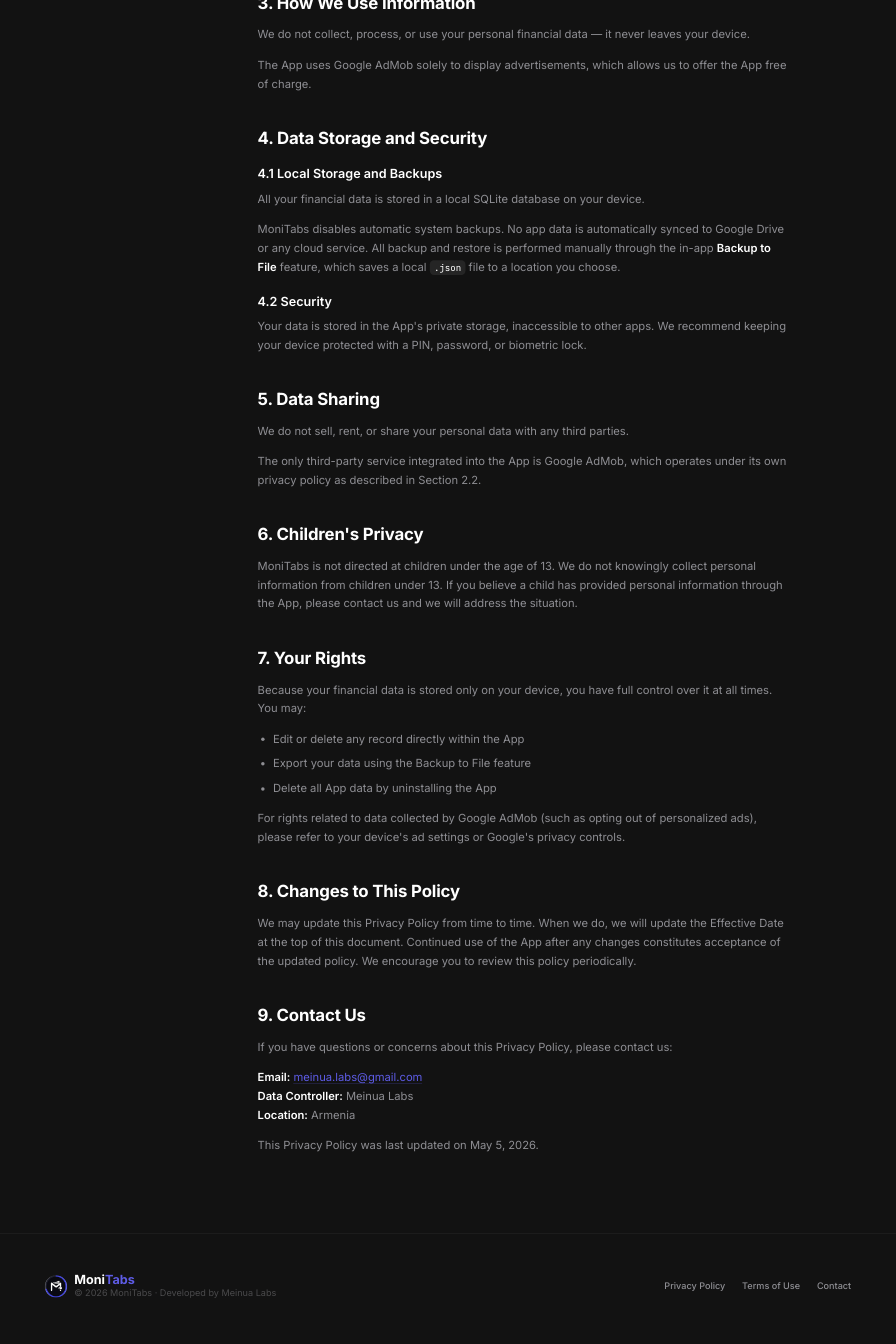
Repository: MeinuaLabs/MoniTabs_WEB
Page: privacy.html
The author's editor kept a copy of each file at every save. The page is drawn from the files as they stood at one save, then again after the next save.
The browser window is 1280 px wide. The pictures show the part of the page from y = 1264 to 3184 px (the page is 3184 px tall before and 3157 px after), at 70% of full size.

Above is the page before, as saved 2026-05-05 16:21:11.

### privacy.html
<!doctype html>
<html lang="en">
<head>
<meta charset="utf-8"/>
<meta name="viewport" content="width=device-width, initial-scale=1"/>
<title>Privacy Policy — MoniTabs</title>
<meta name="description" content="MoniTabs privacy policy. All your financial data stays on your device. No accounts, no cloud, no tracking."/>
<link rel="icon" type="image/png" href="assets/monitabs-logo.png"/>
<link rel="stylesheet" href="site.css"/>
</head>
<body data-screen-label="02 Privacy Policy">

<header class="topbar">
  <div class="wrap topbar-inner">
    <a class="brand" href="index.html" aria-label="MoniTabs">
      <img class="brand-logo" src="assets/monitabs-logo.png" alt=""/>
      <span class="brand-name">Moni<span class="tabs">Tabs</span></span>
    </a>
    <nav class="topnav" aria-label="Primary">
      <a href="index.html">Overview</a>
      <a href="index.html#features">Features</a>
      <a href="index.html#privacy">Privacy</a>
      <a href="index.html#faq">FAQ</a>
    </nav>
    <a class="topnav-cta" href="index.html#download">
      Get the app
      <svg viewBox="0 0 24 24" width="14" height="14" fill="none" stroke="currentColor" stroke-width="2.4" stroke-linecap="round" stroke-linejoin="round"><path d="M5 12h14M13 5l7 7-7 7"/></svg>
    </a>
  </div>
</header>

<section class="legal-hero">
  <div class="wrap">
    <span class="eyebrow-pill" style="background:rgba(255,255,255,.04);border-color:rgba(255,255,255,.08)"><span class="dot" style="background:var(--mt-purple);box-shadow:0 0 8px var(--mt-purple)"></span>Legal</span>
    <h1>Privacy Policy</h1>
    <p class="updated">Effective date: May 5, 2026</p>
  </div>
</section>

<section class="legal-body" style="padding-top:0;border-top:0">
  <div class="wrap legal-grid">
    <aside class="legal-toc">
      <div class="toc-head">On this page</div>
      <a href="#introduction" class="active">1. Introduction</a>
      <a href="#information">2. Information we collect</a>
      <a href="#use">3. How we use information</a>
      <a href="#storage">4. Data storage &amp; security</a>
      <a href="#sharing">5. Data sharing</a>
      <a href="#children">6. Children's privacy</a>
      <a href="#rights">7. Your rights</a>
      <a href="#changes">8. Changes to this policy</a>
      <a href="#contact">9. Contact us</a>
    </aside>

    <article class="legal-article">
      <h2 id="introduction">1. Introduction</h2>
      <div class="callout">
        This Privacy Policy explains how MoniTabs ("we," "our," or "the App") handles your information. We are committed to protecting your privacy. MoniTabs is designed so that your financial data stays on your device and under your control.
      </div>

      <h2 id="information">2. Information We Collect</h2>

      <h3 style="font:600 18px/1.3 var(--mt-font-ui);color:var(--mt-fg);margin:24px 0 10px">2.1 Information You Enter</h3>
      <p>All data you enter into the App is stored locally on your device only:</p>
      <ul>
        <li>Debt records (names, amounts, currencies, dates, notes)</li>
        <li>Wallet transactions (amounts, categories, labels, notes)</li>
        <li>App settings and preferences</li>
      </ul>
      <p>This data is never transmitted to our servers or any third party.</p>

      <h3 style="font:600 18px/1.3 var(--mt-font-ui);color:var(--mt-fg);margin:24px 0 10px">2.2 Information Collected Automatically by Third Parties</h3>
      <p>MoniTabs displays ads served by Google AdMob. When ads are displayed, Google may automatically collect:</p>
      <ul>
        <li>Device identifiers (e.g., Advertising ID)</li>
        <li>IP address and approximate location</li>
        <li>Device type, OS version, and language</li>
        <li>Ad interaction data (impressions, clicks)</li>
      </ul>
      <p>This data is collected and processed by Google LLC under their own privacy policy. We do not receive or store this data ourselves.</p>
      <p>
        <a href="https://policies.google.com/privacy" target="_blank" rel="noopener">Google's Privacy Policy</a><br/>
        <a href="https://policies.google.com/technologies/ads" target="_blank" rel="noopener">Google's Ad Technology</a>
      </p>

      <h2 id="use">3. How We Use Information</h2>
      <p>We do not collect, process, or use your personal financial data — it never leaves your device.</p>
      <p>The App uses Google AdMob solely to display advertisements, which allows us to offer the App free of charge.</p>

      <h2 id="storage">4. Data Storage and Security</h2>

      <h3 style="font:600 18px/1.3 var(--mt-font-ui);color:var(--mt-fg);margin:24px 0 10px">4.1 Local Storage and Backups</h3>
      <p>All your financial data is stored in a local SQLite database on your device.</p>
      <p>MoniTabs disables automatic system backups. No app data is automatically synced to Google Drive or any cloud service. All backup and restore is performed manually through the in-app <strong>Backup to File</strong> feature, which saves a local <code>.json</code> file to a location you choose.</p>

      <h3 style="font:600 18px/1.3 var(--mt-font-ui);color:var(--mt-fg);margin:24px 0 10px">4.2 Security</h3>
      <p>Your data is stored in the App's private storage, inaccessible to other apps. We recommend keeping your device protected with a PIN, password, or biometric lock.</p>

      <h2 id="sharing">5. Data Sharing</h2>
      <p>We do not sell, rent, or share your personal data with any third parties.</p>
      <p>The only third-party service integrated into the App is Google AdMob, which operates under its own privacy policy as described in Section 2.2.</p>

      <h2 id="children">6. Children's Privacy</h2>
      <p>MoniTabs is not directed at children under the age of 13. We do not knowingly collect personal information from children under 13. If you believe a child has provided personal information through the App, please contact us and we will address the situation.</p>

      <h2 id="rights">7. Your Rights</h2>
      <p>Because your financial data is stored only on your device, you have full control over it at all times. You may:</p>
      <ul>
        <li>Edit or delete any record directly within the App</li>
        <li>Export your data using the Backup to File feature</li>
        <li>Delete all App data by uninstalling the App</li>
      </ul>
      <p>For rights related to data collected by Google AdMob (such as opting out of personalized ads), please refer to your device's ad settings or Google's privacy controls.</p>

      <h2 id="changes">8. Changes to This Policy</h2>
      <p>We may update this Privacy Policy from time to time. When we do, we will update the Effective Date at the top of this document. Continued use of the App after any changes constitutes acceptance of the updated policy. We encourage you to review this policy periodically.</p>

      <h2 id="contact">9. Contact Us</h2>
      <p>If you have questions or concerns about this Privacy Policy, please contact us:</p>
      <p>
        <strong>Email:</strong> <a href="mailto:meinua.labs@gmail.com">meinua.labs@gmail.com</a><br/>
        <strong>Data Controller:</strong> Meinua Labs<br/>
        <strong>Location:</strong> Armenia
      </p>
      <p>This Privacy Policy was last updated on May 5, 2026.</p>
    </article>
  </div>
</section>

<footer>
  <div class="wrap footer-inner">
    <div class="footer-brand">
      <img class="brand-logo" src="assets/monitabs-logo.png" alt="" width="28" height="28"/>
      <div>
        <div class="name">Moni<span class="t">Tabs</span></div>
        <div class="footer-copy">© 2026 MoniTabs · Developed by Meinua Labs</div>
      </div>
    </div>
    <div class="footer-links">
      <a href="privacy.html">Privacy Policy</a>
      <a href="terms.html">Terms of Use</a>
      <a href="mailto:meinua.labs@gmail.com">Contact</a>
    </div>
  </div>
</footer>

</body>
</html>

### assets/colors_and_type.css
/* ============================================================================
   MoniTabs — Colors & Type
   ----------------------------------------------------------------------------
   Source of truth: app/src/main/java/com/debttracker/app/ui/theme/*.kt
   (Color.kt, Type.kt, Theme.kt)

   Fonts: Inter (UI) and JetBrains Mono (numeric / monospace).
   The Android app loads these via Google Fonts downloadable-fonts provider;
   here we pull from Google Fonts CSS. No substitution — exact match.
============================================================================ */
@import url('https://fonts.googleapis.com/css2?family=Inter:wght@400;500;600;700&family=JetBrains+Mono:wght@400;500;600;700&display=swap');

:root {
  /* ── Brand ─────────────────────────────────────────────────────────────── */
  --mt-purple:          #5E5CE6;  /* MonitabPurple — primary accent */
  --mt-purple-15:       rgba(94, 92, 230, 0.15);  /* active pill / chip bg */
  --mt-purple-12:       rgba(94, 92, 230, 0.12);  /* selection highlight */
  --mt-purple-40:       rgba(94, 92, 230, 0.40);  /* shadow / glow */
  --mt-purple-60:       rgba(94, 92, 230, 0.60);  /* spot shadow */
  --mt-purple-85:       rgba(94, 92, 230, 0.85);  /* active border */

  /* ── Semantic feedback ─────────────────────────────────────────────────── */
  --mt-danger:          #EF5350;  /* DangerRed — destructive */
  --mt-income:          #30D158;  /* IncomeGreen — wallet positive */
  --mt-spending:        #FF453A;  /* SpendingRed — wallet negative */

  /* ── Progress ring (0% → 100% paid) ────────────────────────────────────── */
  --mt-progress-red:    #EF4444;
  --mt-progress-rose:   #F43F5E;
  --mt-progress-orange: #F97316;
  --mt-progress-yellow: #EAB308;
  --mt-progress-lime:   #84CC16;
  --mt-progress-green:  #22C55E;

  /* ── Transaction labels (wallet) ───────────────────────────────────────── */
  --mt-label-active:    #00BFA5;  /* Active income */
  --mt-label-passive:   #2979FF;  /* Passive income */
  --mt-label-other:     #9C6FFF;  /* Other income */
  --mt-label-needs:     #FF4081;  /* Needs spending */
  --mt-label-wants:     #FFAB00;  /* Wants spending */
  --mt-label-savings:   #00C853;  /* Savings & debts */

  /* ── Dark theme (default — the app ships dark) ─────────────────────────── */
  --mt-bg:              #121212;  /* Scaffold background */
  --mt-surface:         #1E1E1E;  /* Cards, sheets */
  --mt-input-bg:        #252525;  /* Text-field container */
  --mt-settings-bg:     #2A2A2A;  /* Settings blocks */
  --mt-ring-track:      #2A2A3A;  /* Progress-ring unfilled arc */
  --mt-drag-handle:     #3A3A4A;  /* Bottom-sheet drag handle */

  --mt-fg:              #FFFFFF;  /* Text primary */
  --mt-fg-muted:        #8E8E93;  /* Text secondary (iOS gray) */
  --mt-fg-faint:        rgba(142, 142, 147, 0.45); /* Tertiary hint */

  --mt-border-subtle:   rgba(255, 255, 255, 0.10);
  --mt-border-active:   #5E5CE6;
  --mt-divider:         rgba(255, 255, 255, 0.20);

  /* ── Spacing scale (dp → px; 1dp ≈ 1px at mdpi baseline) ───────────────── */
  --mt-space-1:  4px;
  --mt-space-2:  8px;
  --mt-space-3:  12px;
  --mt-space-4:  16px;   /* screen gutter */
  --mt-space-5:  20px;   /* card padding */
  --mt-space-6:  24px;   /* top-bar gutter, large spacing */
  --mt-space-8:  32px;
  --mt-space-10: 40px;

  /* ── Radii ─────────────────────────────────────────────────────────────── */
  --mt-radius-sm:   8px;    /* small chips, menu items */
  --mt-radius-md:   12px;   /* buttons, inputs, active pill tab */
  --mt-radius-lg:   16px;   /* cards, outer tab container */
  --mt-radius-xl:   24px;   /* hero cards (totals header, empty state) */
  --mt-radius-sheet: 32px;  /* bottom-sheet top corners */
  --mt-radius-pill:  9999px;

  /* ── Type — font families ─────────────────────────────────────────────── */
  --mt-font-ui:    'Inter', system-ui, -apple-system, 'Segoe UI', sans-serif;
  --mt-font-mono:  'JetBrains Mono', ui-monospace, 'SF Mono', Consolas, monospace;

  /* ── Type — Material3 15-slot scale (verbatim from Type.kt) ───────────── */
  /* Display */
  --mt-display-lg-size: 57px;  --mt-display-lg-lh: 64px;  --mt-display-lg-weight: 700;  --mt-display-lg-tracking: -0.25px;
  --mt-display-md-size: 45px;  --mt-display-md-lh: 52px;  --mt-display-md-weight: 700;
  --mt-display-sm-size: 36px;  --mt-display-sm-lh: 44px;  --mt-display-sm-weight: 600;
  /* Headline */
  --mt-headline-lg-size: 32px; --mt-headline-lg-lh: 40px; --mt-headline-lg-weight: 700;
  --mt-headline-md-size: 28px; --mt-headline-md-lh: 36px; --mt-headline-md-weight: 700;
  --mt-headline-sm-size: 24px; --mt-headline-sm-lh: 32px; --mt-headline-sm-weight: 600;
  /* Title */
  --mt-title-lg-size: 22px;    --mt-title-lg-lh: 28px;    --mt-title-lg-weight: 600;
  --mt-title-md-size: 16px;    --mt-title-md-lh: 24px;    --mt-title-md-weight: 600;  --mt-title-md-tracking: 0.15px;
  --mt-title-sm-size: 14px;    --mt-title-sm-lh: 20px;    --mt-title-sm-weight: 500;  --mt-title-sm-tracking: 0.1px;
  /* Body */
  --mt-body-lg-size: 16px;     --mt-body-lg-lh: 24px;     --mt-body-lg-weight: 400;   --mt-body-lg-tracking: 0.5px;
  --mt-body-md-size: 14px;     --mt-body-md-lh: 20px;     --mt-body-md-weight: 400;   --mt-body-md-tracking: 0.25px;
  --mt-body-sm-size: 12px;     --mt-body-sm-lh: 16px;     --mt-body-sm-weight: 400;   --mt-body-sm-tracking: 0.4px;
  /* Label */
  --mt-label-lg-size: 14px;    --mt-label-lg-lh: 20px;    --mt-label-lg-weight: 500;  --mt-label-lg-tracking: 0.1px;
  --mt-label-md-size: 12px;    --mt-label-md-lh: 16px;    --mt-label-md-weight: 500;  --mt-label-md-tracking: 0.5px;
  --mt-label-sm-size: 11px;    --mt-label-sm-lh: 16px;    --mt-label-sm-weight: 500;  --mt-label-sm-tracking: 0.5px;

  /* ── Custom app patterns ──────────────────────────────────────────────── */
  /* "NO DEBTS / TOTAL" section caps-eyebrow */
  --mt-eyebrow-size: 12px;     --mt-eyebrow-weight: 700; --mt-eyebrow-tracking: 0.8px;
  /* Debt name row */
  --mt-row-name-size: 14px;    --mt-row-name-weight: 700;
  /* Debt amount value */
  --mt-row-amount-size: 14px;  --mt-row-amount-weight: 700;
  /* Huge card value (Totals header "26.sp bold") */
  --mt-card-value-size: 26px;  --mt-card-value-weight: 700;
  /* Tiny helper ("tap to see breakdown") */
  --mt-hint-size: 10px;

  /* ── Elevation / shadows ──────────────────────────────────────────────── */
  /* Monitab leans flat; primary "elevation" is the neon-glow on the FAB and
     active wallet card. Cards themselves have no drop shadow — they separate
     via surface color + 1dp subtle border of same surface color. */
  --mt-glow-fab:
      0 8px 24px var(--mt-purple-40),
      0 2px 6px var(--mt-purple-60);
  --mt-glow-card-inner: 0 0 0 2px var(--mt-purple-85);
  --mt-glow-card-halo:  0 0 28px var(--mt-purple-40);
}

/* ─────────────────────────────────────────────────────────────────────────
   Light theme — applied via [data-theme="light"] on any ancestor.
   Values from Color.kt → lightMonitabColors().
────────────────────────────────────────────────────────────────────────── */
[data-theme="light"] {
  --mt-bg:            #F2F2F7;
  --mt-surface:       #FFFFFF;
  --mt-input-bg:      #EFEFF4;
  --mt-settings-bg:   #FFFFFF;
  --mt-ring-track:    #DDDDE8;
  --mt-drag-handle:   #C7C7CC;

  --mt-fg:            #1C1C1E;
  --mt-fg-muted:      #8E8E93;
  --mt-fg-faint:      rgba(142, 142, 147, 0.45);

  --mt-border-subtle: rgba(0, 0, 0, 0.15);
  --mt-divider:       rgba(0, 0, 0, 0.20);
}

/* ─────────────────────────────────────────────────────────────────────────
   Semantic element styles — drop-in tags that look right on a .mt-surface.
   Wrap any block in `.mt` to opt in to the base stack.
────────────────────────────────────────────────────────────────────────── */
.mt,
.mt * { box-sizing: border-box; }

.mt {
  font-family: var(--mt-font-ui);
  color: var(--mt-fg);
  background: var(--mt-bg);
  -webkit-font-smoothing: antialiased;
  text-rendering: optimizeLegibility;
  font-feature-settings: 'cv11', 'ss01';
}

/* ── Type aliases ───────────────────────────────────────────────────────── */
.mt-display-lg  { font: var(--mt-display-lg-weight) var(--mt-display-lg-size)/var(--mt-display-lg-lh) var(--mt-font-ui); letter-spacing: var(--mt-display-lg-tracking); }
.mt-display-md  { font: var(--mt-display-md-weight) var(--mt-display-md-size)/var(--mt-display-md-lh) var(--mt-font-ui); }
.mt-display-sm  { font: var(--mt-display-sm-weight) var(--mt-display-sm-size)/var(--mt-display-sm-lh) var(--mt-font-ui); }
.mt-headline-lg { font: var(--mt-headline-lg-weight) var(--mt-headline-lg-size)/var(--mt-headline-lg-lh) var(--mt-font-ui); }
.mt-headline-md { font: var(--mt-headline-md-weight) var(--mt-headline-md-size)/var(--mt-headline-md-lh) var(--mt-font-ui); }
.mt-headline-sm { font: var(--mt-headline-sm-weight) var(--mt-headline-sm-size)/var(--mt-headline-sm-lh) var(--mt-font-ui); }
.mt-title-lg    { font: var(--mt-title-lg-weight)    var(--mt-title-lg-size)/var(--mt-title-lg-lh)   var(--mt-font-ui); }
.mt-title-md    { font: var(--mt-title-md-weight)    var(--mt-title-md-size)/var(--mt-title-md-lh)   var(--mt-font-ui); letter-spacing: var(--mt-title-md-tracking); }
.mt-title-sm    { font: var(--mt-title-sm-weight)    var(--mt-title-sm-size)/var(--mt-title-sm-lh)   var(--mt-font-ui); letter-spacing: var(--mt-title-sm-tracking); }
.mt-body-lg     { font: var(--mt-body-lg-weight)     var(--mt-body-lg-size)/var(--mt-body-lg-lh)     var(--mt-font-ui); letter-spacing: var(--mt-body-lg-tracking); }
.mt-body-md     { font: var(--mt-body-md-weight)     var(--mt-body-md-size)/var(--mt-body-md-lh)     var(--mt-font-ui); letter-spacing: var(--mt-body-md-tracking); }
.mt-body-sm     { font: var(--mt-body-sm-weight)     var(--mt-body-sm-size)/var(--mt-body-sm-lh)     var(--mt-font-ui); letter-spacing: var(--mt-body-sm-tracking); }
.mt-label-lg    { font: var(--mt-label-lg-weight)    var(--mt-label-lg-size)/var(--mt-label-lg-lh)   var(--mt-font-ui); letter-spacing: var(--mt-label-lg-tracking); }
.mt-label-md    { font: var(--mt-label-md-weight)    var(--mt-label-md-size)/var(--mt-label-md-lh)   var(--mt-font-ui); letter-spacing: var(--mt-label-md-tracking); }
.mt-label-sm    { font: var(--mt-label-sm-weight)    var(--mt-label-sm-size)/var(--mt-label-sm-lh)   var(--mt-font-ui); letter-spacing: var(--mt-label-sm-tracking); }

/* Custom patterns */
.mt-eyebrow {
  font: var(--mt-eyebrow-weight) var(--mt-eyebrow-size)/1 var(--mt-font-ui);
  letter-spacing: var(--mt-eyebrow-tracking);
  color: var(--mt-fg-muted);
  text-transform: uppercase;
}
.mt-card-value {
  font: var(--mt-card-value-weight) var(--mt-card-value-size)/1.1 var(--mt-font-ui);
  color: var(--mt-fg);
}
.mt-hint {
  font: 400 var(--mt-hint-size)/1.2 var(--mt-font-ui);
  color: var(--mt-fg-faint);
}
.mt-mono { font-family: var(--mt-font-mono); }

/* ── Surface primitives ─────────────────────────────────────────────────── */
.mt-surface    { background: var(--mt-surface);     border-radius: var(--mt-radius-lg); }
.mt-card       { background: var(--mt-surface);     border: 1px solid var(--mt-surface); border-radius: var(--mt-radius-xl); padding: 18px var(--mt-space-5); }
.mt-input-bg   { background: var(--mt-input-bg);    border-radius: var(--mt-radius-md); }

/* ── Focus ring (purple, matches borderActive) ──────────────────────────── */
.mt *:focus-visible {
  outline: 2px solid var(--mt-purple);
  outline-offset: 2px;
}

Loaded but not shown: site.css (466 lines, source omitted)

After the next save:
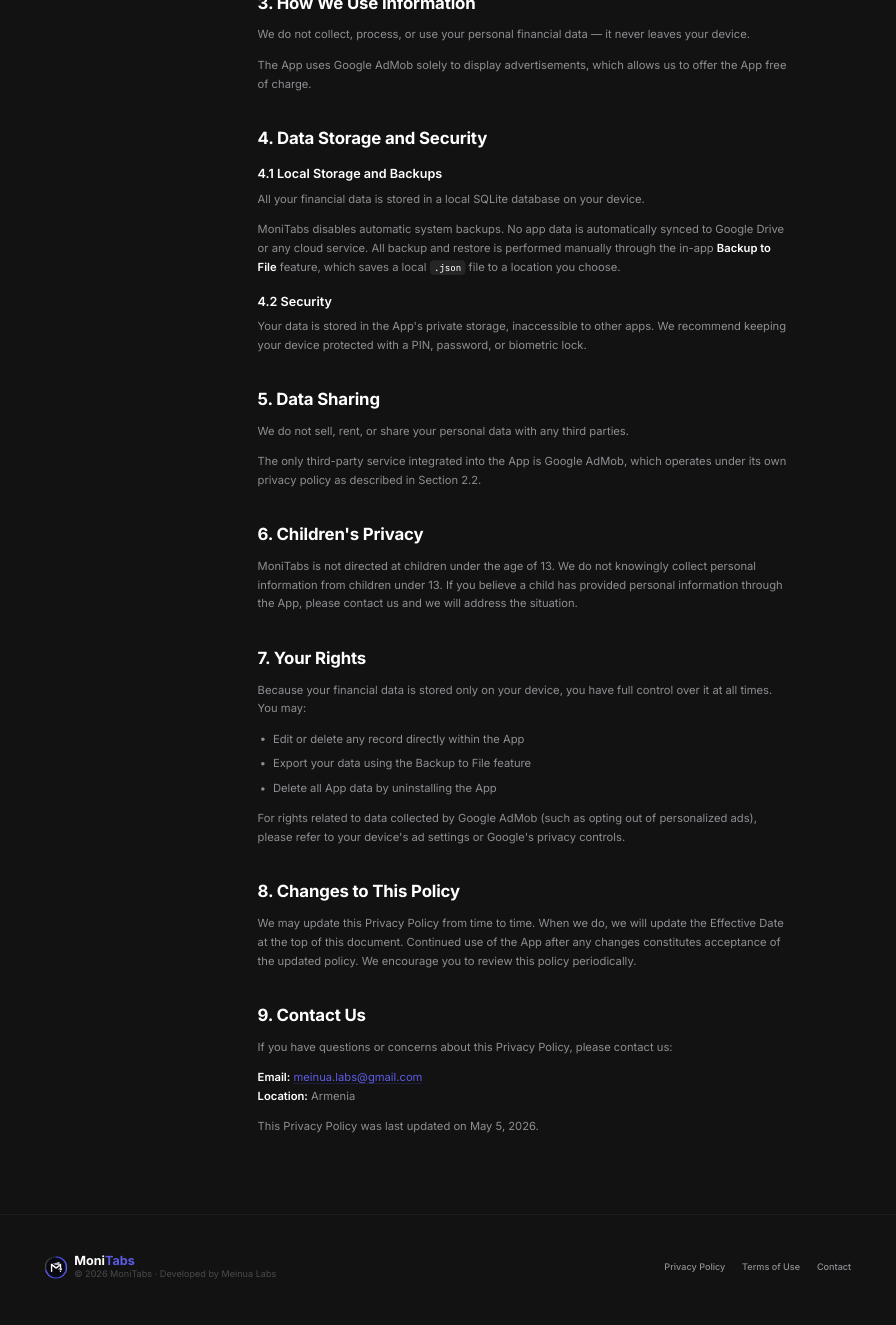
Saved 57 min 3 s later.
--- a/privacy.html
+++ b/privacy.html
@@ -119,7 +119,6 @@
       <p>If you have questions or concerns about this Privacy Policy, please contact us:</p>
       <p>
         <strong>Email:</strong> <a href="mailto:meinua.labs@gmail.com">meinua.labs@gmail.com</a><br/>
-        <strong>Data Controller:</strong> Meinua Labs<br/>
         <strong>Location:</strong> Armenia
       </p>
       <p>This Privacy Policy was last updated on May 5, 2026.</p>
